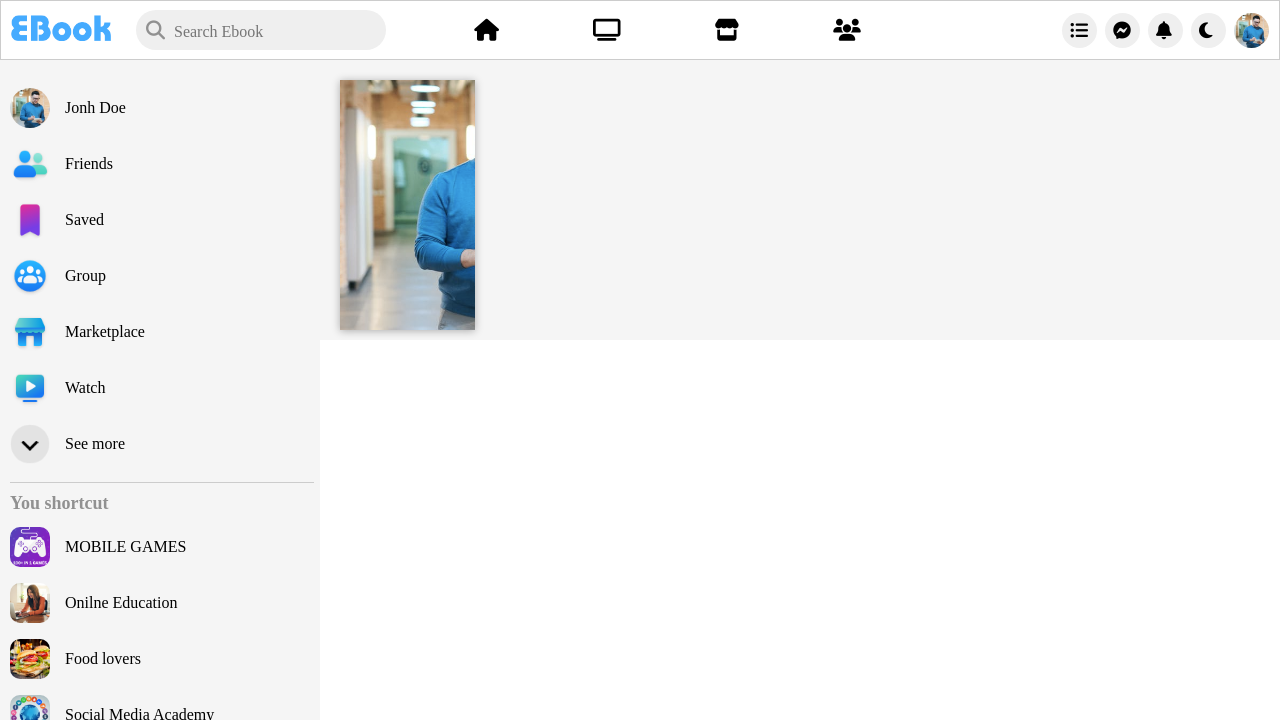
Repository: datvu1608/cloneebook
Page: index.html
An editor plug-in stored every save of this project. The page is shown before and after the next save, followed by the edit.
The browser window is 1280 px wide. The pictures show the whole page.
Some web libraries are served in a nearby version.

Above is the page before, as saved 2023-02-23 15:21:41.

After the next save:
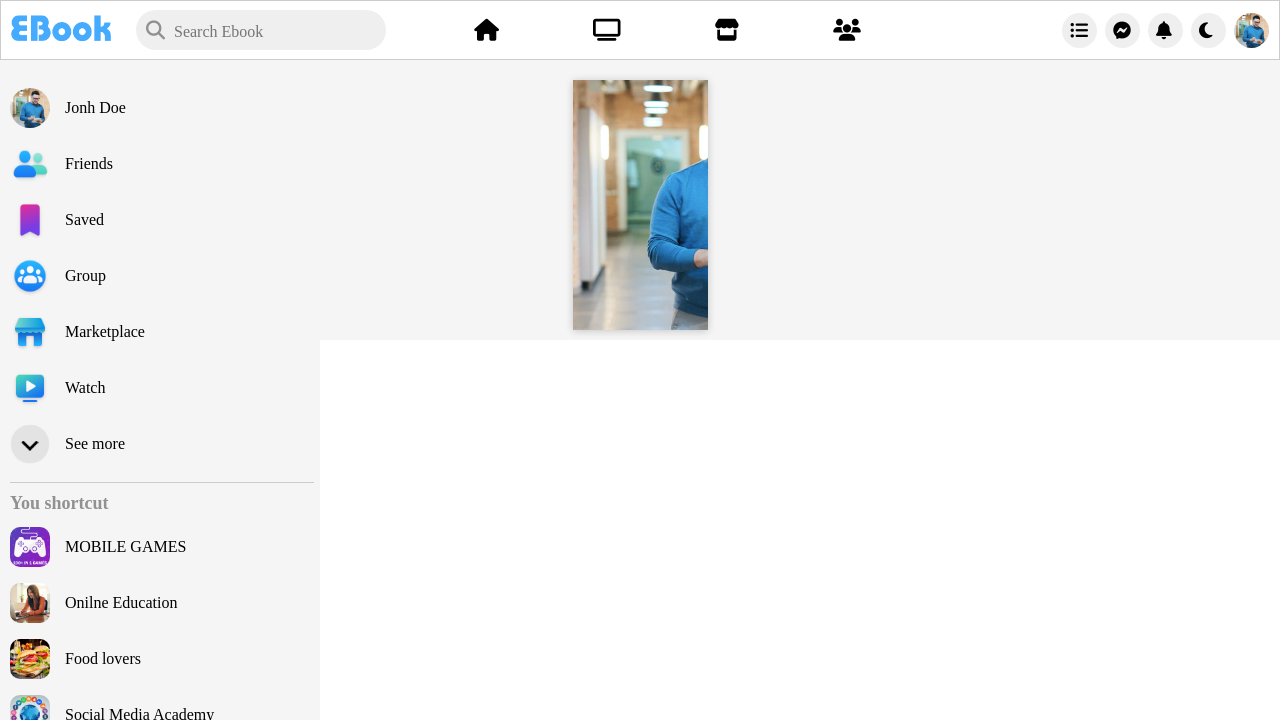
Saved 10 s later.
--- a/style.css
+++ b/style.css
@@ -198,6 +198,6 @@ nav .right img {
   width: 135px;
   height: 250px;
   overflow: hidden;
-  margin: 0 autu;
-  box-shadow: 0 1px 8px rgba(0, 0, 0, 0.3);
-}
+  margin: 0 auto;
+  box-shadow: 0 1px 8px rgba(0, 0, 0, 0.2);
+}
